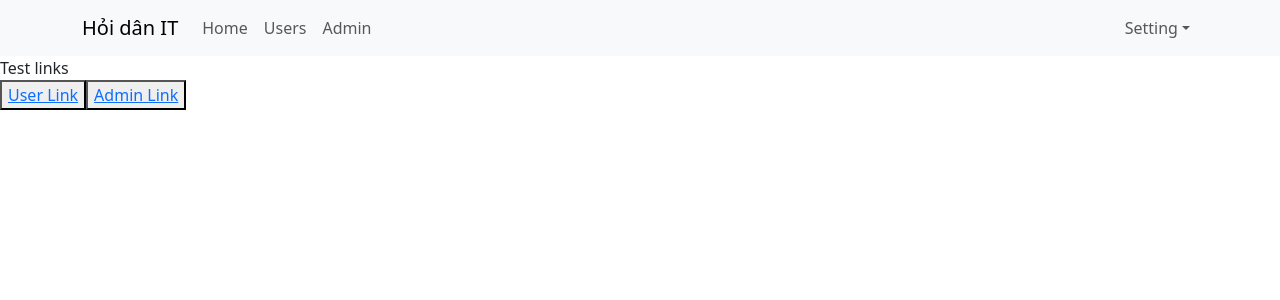
Repository: hoang0508/React-Project-hdIT
Page: /
These files come from the project's save history. The page is drawn as it stood at one moment and after the next save; the edit follows.
The browser window is 1280 px wide. The pictures show the whole page.
The project was rebuilt for these pictures with package versions that can differ from the ones it lists, and the page was loaded fresh each time. Also part of the build but not shown: src/App.scss, src/components/User/User.js, src/components/Admin/Admin.js.

Above is the page before, as saved 2022-08-26 15:41:13.

### src/index.js
import React from "react";
import { createRoot } from "react-dom/client";
import App from "./App";
import reportWebVitals from "./reportWebVitals";
import "./index.scss";
import "bootstrap/dist/css/bootstrap.min.css";
import { BrowserRouter, Routes, Route } from "react-router-dom";
import User from "./components/User/User";
import Admin from "./components/Admin/Admin";
const container = document.getElementById("root");
const root = createRoot(container);

root.render(
  <React.StrictMode>
    {/* <Provider store={store}> */}
    <BrowserRouter>
      <Routes>
        <Route path="/" element={<App />} />
        <Route path="/users" element={<User />} />
        <Route path="/admin" element={<Admin />} />
      </Routes>
    </BrowserRouter>
    {/* </Provider> */}
  </React.StrictMode>
);

// If you want to start measuring performance in your app, pass a function
// to log results (for example: reportWebVitals(console.log))
// or send to an analytics endpoint. Learn more: https://bit.ly/CRA-vitals
reportWebVitals();

### src/App.js
import React from "react";
import "./App.scss";
import Header from "./components/Header/Header";
import { Link } from "react-router-dom";
function App() {
  return (
    <div className="App">
      <Header />
      <div>Test links</div>
      <div>
        <button>
          <Link to="/users">User Link</Link>
        </button>
        <button>
          <Link to="/admin">Admin Link</Link>
        </button>
      </div>
    </div>
  );
}

export default App;

### src/components/Header/Header.js
import Container from "react-bootstrap/Container";
import Nav from "react-bootstrap/Nav";
import Navbar from "react-bootstrap/Navbar";
import NavDropdown from "react-bootstrap/NavDropdown";

import React from "react";

const Header = () => {
  return (
    <Navbar bg="light" expand="lg">
      <Container>
        <Navbar.Brand href="#home">Hỏi dân IT</Navbar.Brand>
        <Navbar.Toggle aria-controls="basic-navbar-nav" />
        <Navbar.Collapse id="basic-navbar-nav">
          <Nav className="me-auto">
            <Nav.Link href="#home">Home</Nav.Link>
            <Nav.Link href="#link">Users</Nav.Link>
            <Nav.Link href="#link">Admin</Nav.Link>
          </Nav>
          <Nav>
            <NavDropdown title="Setting" id="basic-nav-dropdown">
              <NavDropdown.Item href="#action/3.1">Log in</NavDropdown.Item>
              <NavDropdown.Item href="#action/3.2">Log out</NavDropdown.Item>
              <NavDropdown.Item href="#action/3.2">Profile</NavDropdown.Item>
            </NavDropdown>
          </Nav>
        </Navbar.Collapse>
      </Container>
    </Navbar>
  );
};

export default Header;

Loaded but not shown: public/index.html (common file); src/reportWebVitals.js (common file); src/index.scss (common file)

After the next save:
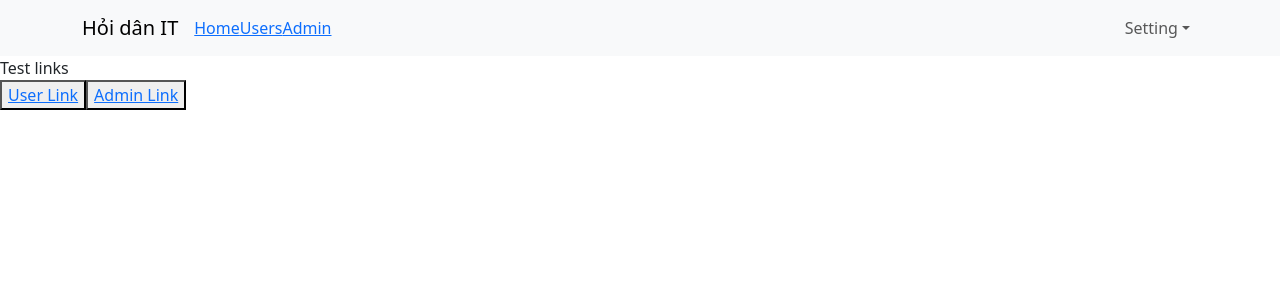
Saved 8 min 38 s later.
--- a/src/components/Header/Header.js
+++ b/src/components/Header/Header.js
@@ -4,6 +4,7 @@
 import NavDropdown from "react-bootstrap/NavDropdown";
 
 import React from "react";
+import { Link } from "react-router-dom";
 
 const Header = () => {
   return (
@@ -13,9 +14,9 @@
         <Navbar.Toggle aria-controls="basic-navbar-nav" />
         <Navbar.Collapse id="basic-navbar-nav">
           <Nav className="me-auto">
-            <Nav.Link href="#home">Home</Nav.Link>
-            <Nav.Link href="#link">Users</Nav.Link>
-            <Nav.Link href="#link">Admin</Nav.Link>
+            <Link to="/">Home</Link>
+            <Link to="/users">Users</Link>
+            <Link to="/admin">Admin</Link>
           </Nav>
           <Nav>
             <NavDropdown title="Setting" id="basic-nav-dropdown">

After the save that followed:
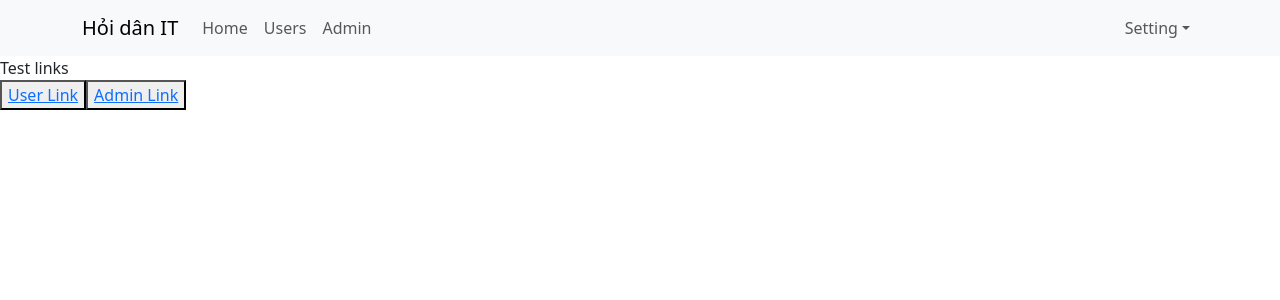
Saved 17 s later.
--- a/src/components/Header/Header.js
+++ b/src/components/Header/Header.js
@@ -14,9 +14,15 @@
         <Navbar.Toggle aria-controls="basic-navbar-nav" />
         <Navbar.Collapse id="basic-navbar-nav">
           <Nav className="me-auto">
-            <Link to="/">Home</Link>
-            <Link to="/users">Users</Link>
-            <Link to="/admin">Admin</Link>
+            <Link to="/" className="nav-link">
+              Home
+            </Link>
+            <Link to="/users" className="nav-link">
+              Users
+            </Link>
+            <Link to="/admin" className="nav-link">
+              Admin
+            </Link>
           </Nav>
           <Nav>
             <NavDropdown title="Setting" id="basic-nav-dropdown">
